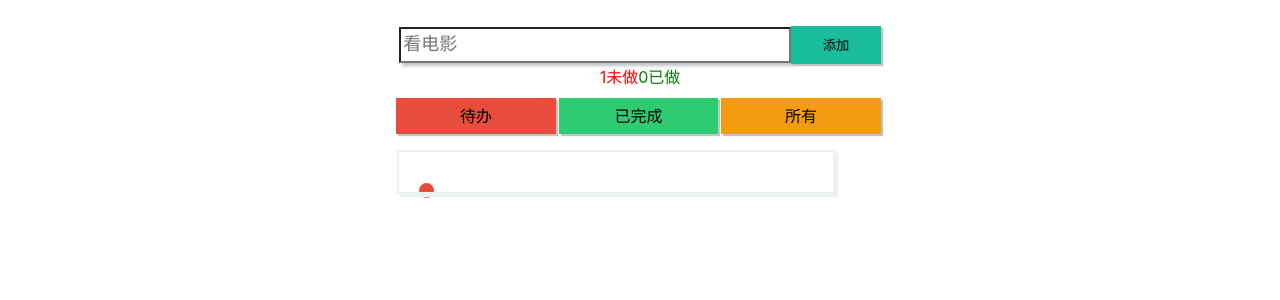
Repository: yurensmile/todolist
Page: /, after clicking the first element matching `button`
These files come from the project's save history. The page is drawn as it stood at one moment and after the next save; the edit follows.
The browser window is 1280 px wide. The pictures show the whole page.
The project was rebuilt for these pictures with package versions that can differ from the ones it lists, and the page was loaded fresh each time. Also part of the build but not shown: src/All.js, src/HaveDone.js.

Above is the page before, as saved 2019-03-22 09:27:27.

### src/App.js
import React, { Component } from 'react';
import Todos from './Todos'
import './App.css';

class App extends Component {

  constructor() {
    super();
    this.state={
      inputValue: '',
      laters: [],
      havedones: [],
      checked: false,
      id: 1
    };
    this.updateHavedone = this.updateHavedone.bind(this);
    this.updateLaters = this.updateLaters.bind(this);
    this.contentOnclick = this.contentOnclick.bind(this)
  }

  handleOnClick() {
    this.setState(state =>{
      const laters = state.laters.concat(state.inputValue);
      return {
        laters,
        inputValue: ""
      }
    })
  }
  updateInputValue(e) {
    this.setState({
      inputValue: e.target.value
    })
  }

// 点击了三栏内容
  contentOnclick(e) {
    let choice = e.target.innerHTML;
    this.setState((preState)=>{
      switch(choice){
        case "待办": return {id: 1};
        case "已完成": return {id: 2};
        case "所有": return {id: 3};
        default: return {id:1};
      }
    })
  }

 // 如果laters中的某个被点击，则在laters中删除，并添加到havedone中
  updateHavedone(index, item, e){
    const text = e.target.innerHTML;
    let havedones;
    this.setState(state => {
      let n = state.laters.indexOf(item);
      let tem = state.laters.slice();
      tem.splice(n, 1);
      if(text === "delete") {
        havedones = state.havedones;
      }else{
        havedones = state.havedones.concat(item);
      }
      return ({
        havedones,
        laters: tem
      })
    })
  }

// 如果havedone中的某个被点击，则在havedone中删除，并添加到later中
  updateLaters(index, item, e){
    this.setState(state => {
      let n = state.havedones.indexOf(item);
      let tem = state.havedones.slice();
      tem.splice(n, 1);
      let laters = state.laters.concat(item);
      return({
        laters,
        havedones: tem
      })
    })
  }

  render() {
    return (
      <div className="App">
        <input type="text" placeholder="看电影" name="todo"
          value={this.state.inputValue} onChange={this.updateInputValue.bind(this)}/>
        <button onClick={this.handleOnClick.bind(this)}>添加</button><br/>
        <span style={{color: "red"}}>{this.state.laters.length}未做</span>
        <span style={{color: "green"}}>{this.state.havedones.length}已做</span>
        <div id="content" onClick={this.contentOnclick}>
          <div className="choice later">待办</div>
          <div className="choice havedone" >已完成</div>
          <div className="choice all">所有</div>
        </div>
        {/* 列表内容 */}
        <Todos
          id={this.state.id}
          laters={this.state.laters}
          havedones={this.state.havedones}
          all={this.state.all}
          updateHavedones={this.updateHavedone}
          updateLaters={this.updateLaters}
        />
      </div>
    );
  }
}

export default App;

### src/Todos.js
import React, { Component } from 'react';
import All from './All'
import HaveDone from './HaveDone'
import Later from './Later'

class Todos extends Component{

  render(){
    return(
      <div>
        {
          (()=>{
            switch(this.props.id){
              case 1: return <Later laters={this.props.laters}
                                  updateHavedones={this.props.updateHavedones}
                                  />;
              case 2: return <HaveDone havedones={this.props.havedones}
                                  updateLaters={this.props.updateLaters}
                                  />;
              case 3: return <All laters={this.props.laters} havedones={this.props.havedones}/>
              default: console.log("sofunny");
            }

          })()}
      </div>
    )
  }
}
export default Todos;

### src/App.css
.App {
  margin-top: 2%;
  text-align: center;
}

input[type="checkbox"]{
  visibility: hidden;
}

ul{
  list-style-type: none;
}
li{
  display: inline-block;
  width: 35%;
  line-height: 36px;
  height: 40px;
  margin-bottom: 4px;
  margin-left: -3%;
  /* text-align: left; */
  border: 2px solid rgba(236, 240, 241,1.0);
  box-shadow: 3px 3px 1px rgba(236, 240, 241,1.0);
  font-size: 18px;
}
.choice{
  margin-top: 10px;
  margin-right: 3px;
  box-shadow: 2px 2px 1px rgba(189, 195, 199,1.0);
  display: inline-block;
  width: 12%;
  height: 30px;
  text-align: center;
  line-height: 30px;
  border:3px solid rgb(197, 193, 193);
}
.later{
  /* border-color: red; */
  background-color: rgba(231, 76, 60,1.0);
  border-color: rgba(231, 76, 60,1.0);
}
.havedone{
  /* border-color: green; */
  background-color:rgba(46, 204, 113,1.0);
  border-color: rgba(46, 204, 113,1.0);
}
.all{
  background-color: rgba(243, 156, 18,1.0);
  border-color:rgba(243, 156, 18,1.0);
}

.toggle{
  display: inline-block;
}
.App-link {
  color: #61dafb;
}
input[type="text" ]{
  width: 30%;
  height: 30px;
  box-shadow: 3px 3px 3px rgba(189, 195, 199,1.0);
  font-size: 18px;
}
.later.circle{
  height: 15px;
  width: 15px;
  background-color: rgba(231, 76, 60,1.0);
  border-radius: 50%;
  display: inline-block;
}

button{
  background-color: rgba(26, 188, 156,1.0);
  border: 0px;
  width: 7%;
  height: 38px;
  box-shadow: 2px 2px 1px rgba(189, 195, 199,1.0);
}
.delete{
  visibility: hidden;
}
#content{
  margin-left: auto;
  margin-right: auto;
}

### src/Later.js
import React, { Component } from 'react';

class Later extends Component{
  constructor(props){
    super(props);
    this.state = {
      checked: false,
    };
  }

  // 点击了todo 列表的内容
  handleTodoOnclick(checked, index, item, e){
        this.setState((preState)=>{
          return {checked: !preState.checked}
        });
        if(checked){

        }else{
  //如果later中的某个被点击，则在later中删除，并添加到havedone中
          this.props.updateHavedones(index, item, e);
        }
      }
  render(){
    return (
      <ul>
        {this.props.laters.map((item, index)=>{
          return (
            <div onClick={
              this.handleTodoOnclick.bind(this, this.state.checked, index, item)
              }>
              <input className="toggle" type="checkbox"/>
              <span class="later circle"></span>
              <li class="left" key={index}>{item}</li>
              <button class="delete">delete</button>
            </div>
          )
        })}
      </ul>
    )
  }
}

export default Later;

Loaded but not shown: public/index.html (common file); src/index.js (common file); src/index.css (common file); src/serviceWorker.js (common file)

After the next save:
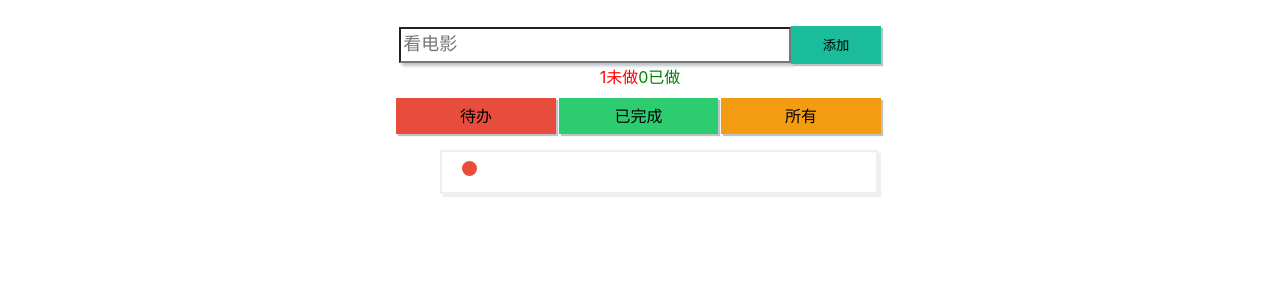
Saved 24 s later.
--- a/src/Later.js
+++ b/src/Later.js
@@ -30,8 +30,9 @@ class Later extends Component{
               }>
               <input className="toggle" type="checkbox"/>
               <span class="later circle"></span>
-              <li class="left" key={index}>{item}</li>
+              <li class="left" key={index}>{item}
               <button class="delete">delete</button>
+              </li>
             </div>
           )
         })}
